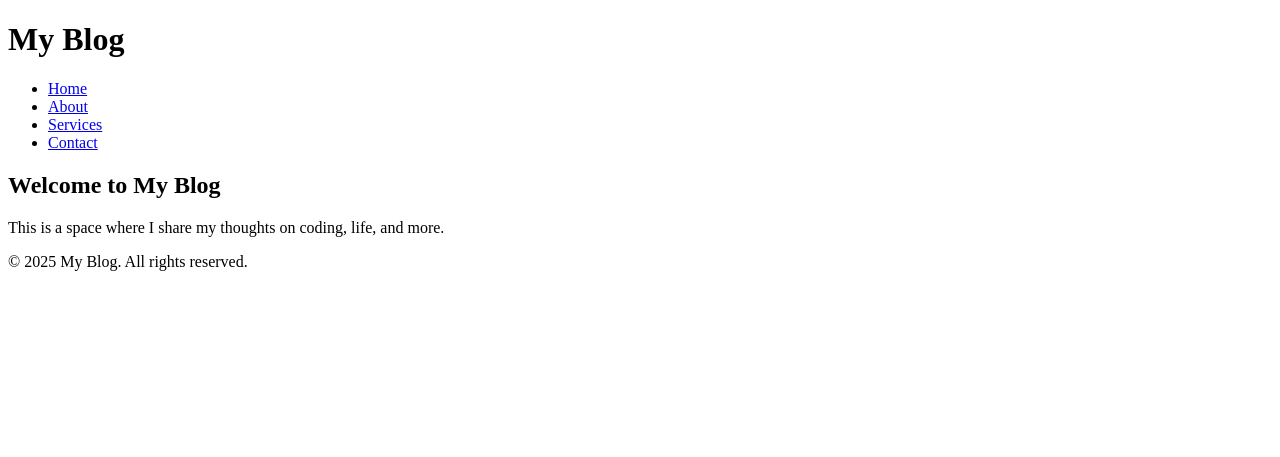
Repository: SainediAmbika/RecallingAll
Page: Angular Recalling/Blog Page/index.html
The author's editor kept a copy of each file at every save. The page is drawn from the files as they stood at one save, then again after the next save.
The browser window is 1280 px wide. The pictures show the whole page.

Above is the page before, as saved 2025-05-19 11:13:56.

After the next save:
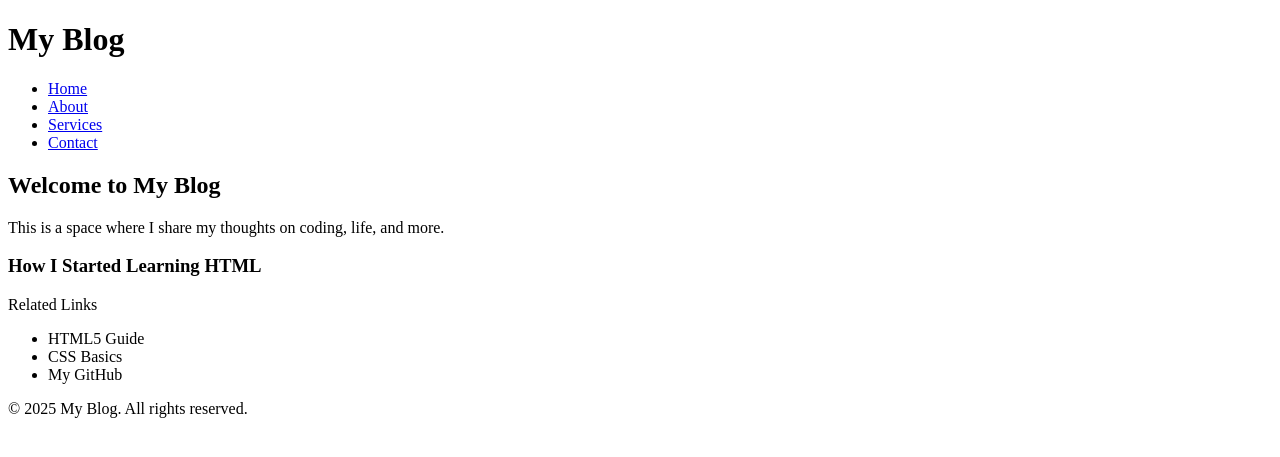
Saved 3 min 46 s later.
--- a/Angular Recalling/Blog Page/index.html
+++ b/Angular Recalling/Blog Page/index.html
@@ -23,7 +23,19 @@
         <h2>Welcome to My Blog</h2>
         <section> This is a space where I share my thoughts on coding, life, and more.</section>
     </main>
+    <article>
+        <h3>How I Started Learning HTML  </h3>
+        <section></section>
+    </article>
+    <article>
+        <aside>Related Links</aside>
+        <ul>
+        <li><a href="https://www.w3schools.com/html/"></a>HTML5 Guide</li>
+        <li><a href="#"></a>CSS Basics</li>
+        <li><a href="#"></a>My GitHub</li>
 
+        </ul>
+    </article>
 
     <footer>
         <p>&copy; 2025 My Blog. All rights reserved.</p>
